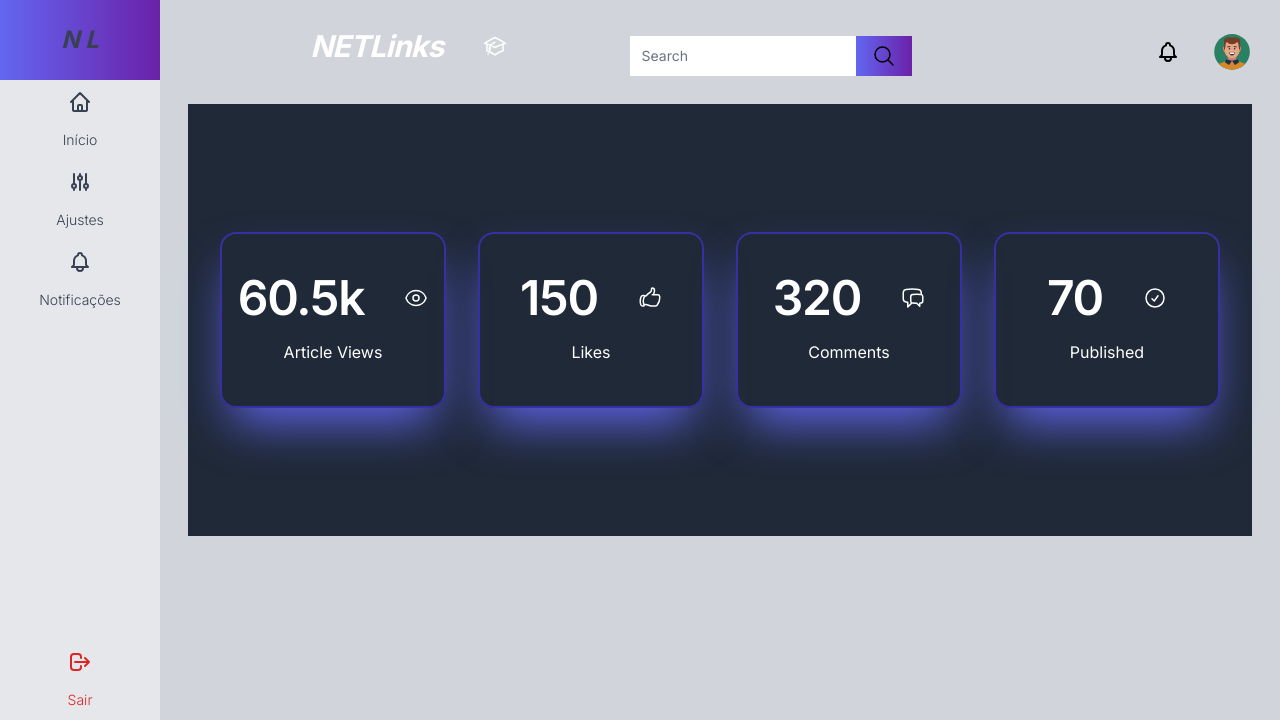
Repository: KennedyWanderson/AdminDashboard
Page: / (app in Code/admindashboard/)
An editor plug-in stored every save of this project. The page is shown before and after a run of saves, followed by the edit.
The browser window is 1280 px wide. The pictures show the whole page.
The project was rebuilt for these pictures with package versions that can differ from the ones it lists, and the page was loaded fresh each time. The framework's server and built-in components were replaced by stand-ins that run in the browser. Also part of the build but not shown: Code/admindashboard/next.config.mjs.

Above is the page before, as saved 2024-06-26 20:04:04.

### Code/admindashboard/src/app/layout.js
import { Inter } from "next/font/google";
import "./globals.css";

const inter = Inter({ subsets: ["latin"] });

export const metadata = {
  title: "Admin Dashboard",
  description: "Generated by Kennedy Wanderson",
};

export default function RootLayout({ children }) {
  return (
    <html lang="en">
      <body className={inter.className}>{children}</body>
    </html>
  );
}

### Code/admindashboard/src/app/page.js
import Layout from "@/components/Layout";

export default function Home() {
  return (
    <Layout>
      Content
    </Layout>
  )
}

### Code/admindashboard/src/components/Layout.jsx
"use client";

import { useState } from "react";
import Content from "./Content";
import Header from "./Header";
import LateralMenu from "./LateralMenu";
import HomePage from "./Home";


export default function Layout() {
    const [activeComponent, setActiveComponent] = useState("HomePage");

    const renderActiveComponent = () => {
        switch (activeComponent) {
            case "HomePage":
                return <HomePage />;
            default:
                return <HomePage />;
        }
    };

    return (
        <div className={`flex h-screen w-screen`}>
            <LateralMenu setActiveComponent={setActiveComponent} />
            <div className={`
                flex flex-col w-full p-7
                bg-gray-300 dark:bg-gray-800
            `}>
                <Header />
                <Content>
                    {renderActiveComponent()}
                </Content>
            </div>
        </div>
    );
}

### Code/admindashboard/src/components/Content.jsx
export default function Content({ children }) {
    return (
        <div className={`
            flex flex-col mt-7
            dark:text-gray-200
        `}>
            {children}
        </div>
    );
}

### Code/admindashboard/src/components/Header.jsx
import AvatarUsuario from "./UserAvatar";
import { IconeAcademic, IconeSearch, IconeSino } from "./icons";

export default function Header({ titulo, subtitulo }) {


    return (
        <div className={`flex`}>
            <div>
                <h1 className={`
                font-black text-3xl
                text-gray-900 dark:text-gray-100
            `}>
                    {titulo}
                </h1>
                <h2 className={`
                font-light text-sm
                dark:text-gray-300
            `}>
                    {subtitulo}
                </h2>
            </div>
            <header className="flex flex-grow justify-center text-white">
                <nav className=" justify-center" aria-label="Global">
                    <div className="hidden lg:flex lg:gap-x-12">
                        <a href="#" className="order-first text-xl font-bold flex items-center gap-10 italic tracking-tight text-white sm:text-3xl">NETLinks {IconeAcademic}</a>
                    </div>
                </nav>
            </header>

                <div className="relative mt-2 ">
                    <div className=" absolute inset-y-0 left-0 flex items-center pl-3">
                        <span className="text-gray-500 sm:text-sm">Search </span>
                    </div>
                    <input
                        type="text"
                        name="search"
                        id="search"
                        className="w-full rounded-none py-2 px-6"
                    >

                    </input>
                    <div className="absolute inset-y-0 px-4 right-0 flex items-center bg-gradient-to-r from-indigo-500 to-purple-800 cursor-pointer">
                        {IconeSearch}
                    </div>
                </div>


            <div className={`flex flex-grow justify-end items-center gap-8`}>

                {IconeSino}
                <AvatarUsuario />
            </div>
        </div>
    )
}

### Code/admindashboard/src/components/LateralMenu.jsx
"use client";

import MenuItem from "./ItemMenu";
import { IconeAjustes, IconeCasa, IconeSair, IconeSino } from "./icons";

export default function LateralMenu({ setActiveComponent }) {
    return (
        <aside className={`
            flex flex-col items-center
            bg-gray-200 text-gray-700
            dark:bg-gray-900
        `}>
            <div className={`
                flex flex-col items-center justify-center font-bold italic text-2xl
                bg-gradient-to-r from-indigo-500 to-purple-800
                h-20 w-40
            `}>
                N L
            </div>
            <ul className="flex-grow">
                <MenuItem
                    texto="Início"
                    icone={IconeCasa}
                    onClick={() => setActiveComponent('HomePage')}
                />
                <MenuItem
                    texto="Ajustes"
                    icone={IconeAjustes}
                    onClick={() => setActiveComponent('Ajustes')}
                />
                <MenuItem
                    texto="Notificações"
                    icone={IconeSino}
                    onClick={() => setActiveComponent('Notificacoes')}
                />
            </ul>
            <ul>
                <MenuItem
                    texto="Sair"
                    icone={IconeSair}
                    className={`
                        text-red-600 dark:text-red-400
                        hover:bg-red-400 hover:text-white
                        dark:hover:text-white
                    `}
                />
            </ul>
        </aside>
    );
}

### Code/admindashboard/src/components/Home.jsx
import { IconeCheck, IconeComment, IconeEye, IconeLike } from "./icons";

export default function HomePage() {
    return (
        <div className="py-24 sm:py-32 bg-gray-800">
            <div className="mx-auto max-w-full px-6 lg:px-8">
                <dl className="grid grid-cols-1 gap-x-8 gap-y-16 text-center lg:grid-cols-4">
                    <div className="mx-auto flex items-center max-w-xs flex-col w-full border-2 rounded-2xl shadow-2xl shadow-indigo-500 p-10 border-indigo-800 gap-y-4">
                        <dt className="text-base leading-7 text-white">Article Views</dt>
                        <dd className="order-first flex items-center gap-10 text-3xl font-semibold tracking-tight text-white sm:text-5xl">60.5k {IconeEye}</dd>
                    </div>
                    <div className="mx-auto flex items-center max-w-xs flex-col w-full border-2 rounded-2xl shadow-2xl shadow-indigo-500 p-10 border-indigo-800 gap-y-4">
                        <dt className="text-base leading-7 text-white">Likes</dt>
                        <dd className="order-first text-3xl flex items-center gap-10 font-semibold tracking-tight text-white sm:text-5xl">150 {IconeLike}</dd>
                    </div>
                    <div className="mx-auto flex items-center max-w-xs flex-col w-full border-2 rounded-2xl shadow-2xl shadow-indigo-500 p-10 border-indigo-800 gap-y-4">
                        <dt className="text-base leading-7 text-white">Comments</dt>
                        <dd className="order-first text-3xl flex items-center gap-10 font-semibold tracking-tight text-white sm:text-5xl">320 {IconeComment}</dd>
                    </div>
                    <div className="mx-auto flex items-center max-w-xs flex-col w-full border-2 rounded-2xl shadow-2xl shadow-indigo-500 p-10 border-indigo-800 gap-y-4">
                        <dt className="text-base leading-7 text-white">Published</dt>
                        <dd className="order-first text-3xl flex items-center gap-10 font-semibold tracking-tight text-white sm:text-5xl">70 {IconeCheck}</dd>
                    </div>
                </dl>

                {/* <table className="table-auto w-full mt-8 text-white">
                    <thead>
                        <tr className="">
                            <th className="px-4 py-2 border">Song</th>
                            <th className="px-4 py-2 border">Artist</th>
                            <th className="px-4 py-2 border">Year</th>
                        </tr>
                    </thead>
                    <tbody>
                        <tr className="">
                            <td className="px-4 py-2 border">The Sliding Mr. Bones (Next Stop, Pottersville)</td>
                            <td className="px-4 py-2 border">Malcolm Lockyer</td>
                            <td className="px-4 py-2 border">1961</td>
                        </tr>
                        <tr className="">
                            <td className="px-4 py-2 border">Witchy Woman</td>
                            <td className="px-4 py-2 border">The Eagles</td>
                            <td className="px-4 py-2 border">1972</td>
                        </tr>
                        <tr className="">
                            <td className="px-4 py-2 border">Shining Star</td>
                            <td className="px-4 py-2 border">Earth, Wind, and Fire</td>
                            <td className="px-4 py-2 border">1975</td>
                        </tr>
                        <tr className="">
                            <td className="px-4 py-2 border">The Sliding Mr. Bones (Next Stop, Pottersville)</td>
                            <td className="px-4 py-2 border">Malcolm Lockyer</td>
                            <td className="px-4 py-2 border">1961</td>
                        </tr>
                        <tr className="">
                            <td className="px-4 py-2 border">Witchy Woman</td>
                            <td className="px-4 py-2 border">The Eagles</td>
                            <td className="px-4 py-2 border">1972</td>
                        </tr>
                        <tr className="">
                            <td className="px-4 py-2 border">Shining Star</td>
                            <td className="px-4 py-2 border">Earth, Wind, and Fire</td>
                            <td className="px-4 py-2 border">1975</td>
                        </tr>
                        <tr className="">
                            <td className="px-4 py-2 border">The Sliding Mr. Bones (Next Stop, Pottersville)</td>
                            <td className="px-4 py-2 border">Malcolm Lockyer</td>
                            <td className="px-4 py-2 border">1961</td>
                        </tr>
                        <tr className="">
                            <td className="px-4 py-2 border">Witchy Woman</td>
                            <td className="px-4 py-2 border">The Eagles</td>
                            <td className="px-4 py-2 border">1972</td>
                        </tr>
                        <tr className="">
                            <td className="px-4 py-2 border">Shining Star</td>
                            <td className="px-4 py-2 border">Earth, Wind, and Fire</td>
                            <td className="px-4 py-2 border">1975</td>
                        </tr>
                        <tr className="">
                            <td className="px-4 py-2 border">The Sliding Mr. Bones (Next Stop, Pottersville)</td>
                            <td className="px-4 py-2 border">Malcolm Lockyer</td>
                            <td className="px-4 py-2 border">1961</td>
                        </tr>
                        <tr className="">
                            <td className="px-4 py-2 border">Witchy Woman</td>
                            <td className="px-4 py-2 border">The Eagles</td>
                            <td className="px-4 py-2 border">1972</td>
                        </tr>
                        <tr className="">
                            <td className="px-4 py-2 border">Shining Star</td>
                            <td className="px-4 py-2 border">Earth, Wind, and Fire</td>
                            <td className="px-4 py-2 border">1975</td>
                        </tr>
                        <tr className="">
                            <td className="px-4 py-2 border">The Sliding Mr. Bones (Next Stop, Pottersville)</td>
                            <td className="px-4 py-2 border">Malcolm Lockyer</td>
                            <td className="px-4 py-2 border">1961</td>
                        </tr>
                        <tr className="">
                            <td className="px-4 py-2 border">Witchy Woman</td>
                            <td className="px-4 py-2 border">The Eagles</td>
                            <td className="px-4 py-2 border">1972</td>
                        </tr>
                        <tr className="">
                            <td className="px-4 py-2 border">Shining Star</td>
                            <td className="px-4 py-2 border">Earth, Wind, and Fire</td>
                            <td className="px-4 py-2 border">1975</td>
                        </tr>

                    </tbody>
                </table> */}
            </div>
        </div>
    )
}

### Code/admindashboard/src/components/UserAvatar.jsx


export default function AvatarUsuario({className}) {
    return (
            <img
                src={'/images/avatar.svg'}
                alt="Avatar do Usuário"
                className={`
                    h-10 w-10 rounded-full cursor-pointer
                    ${className}
                `}
            />

    )
}

### Code/admindashboard/src/components/icons/index.jsx
// Pra mais icones acessar... https://heroicons.com/

export const IconeSearch = (
    <svg xmlns="http://www.w3.org/2000/svg" fill="none" viewBox="0 0 24 24" strokeWidth={1.5} stroke="currentColor" className="size-6">
        <path strokeLinecap="round" strokeLinejoin="round" d="m21 21-5.197-5.197m0 0A7.5 7.5 0 1 0 5.196 5.196a7.5 7.5 0 0 0 10.607 10.607Z" />
    </svg>
)

export const IconeAcademic = (
    <svg xmlns="http://www.w3.org/2000/svg" fill="none" viewBox="0 0 24 24" strokeWidth={1.5} stroke="currentColor" className="size-6">
        <path strokeLinecap="round" strokeLinejoin="round" d="M4.26 10.147a60.438 60.438 0 0 0-.491 6.347A48.62 48.62 0 0 1 12 20.904a48.62 48.62 0 0 1 8.232-4.41 60.46 60.46 0 0 0-.491-6.347m-15.482 0a50.636 50.636 0 0 0-2.658-.813A59.906 59.906 0 0 1 12 3.493a59.903 59.903 0 0 1 10.399 5.84c-.896.248-1.783.52-2.658.814m-15.482 0A50.717 50.717 0 0 1 12 13.489a50.702 50.702 0 0 1 7.74-3.342M6.75 15a.75.75 0 1 0 0-1.5.75.75 0 0 0 0 1.5Zm0 0v-3.675A55.378 55.378 0 0 1 12 8.443m-7.007 11.55A5.981 5.981 0 0 0 6.75 15.75v-1.5" />
    </svg>

)

export const IconeComment = (
    <svg xmlns="http://www.w3.org/2000/svg" fill="none" viewBox="0 0 24 24" strokeWidth={1.5} stroke="currentColor" className="size-6">
        <path strokeLinecap="round" strokeLinejoin="round" d="M20.25 8.511c.884.284 1.5 1.128 1.5 2.097v4.286c0 1.136-.847 2.1-1.98 2.193-.34.027-.68.052-1.02.072v3.091l-3-3c-1.354 0-2.694-.055-4.02-.163a2.115 2.115 0 0 1-.825-.242m9.345-8.334a2.126 2.126 0 0 0-.476-.095 48.64 48.64 0 0 0-8.048 0c-1.131.094-1.976 1.057-1.976 2.192v4.286c0 .837.46 1.58 1.155 1.951m9.345-8.334V6.637c0-1.621-1.152-3.026-2.76-3.235A48.455 48.455 0 0 0 11.25 3c-2.115 0-4.198.137-6.24.402-1.608.209-2.76 1.614-2.76 3.235v6.226c0 1.621 1.152 3.026 2.76 3.235.577.075 1.157.14 1.74.194V21l4.155-4.155" />
    </svg>

)

export const IconeCheck = (
    <svg xmlns="http://www.w3.org/2000/svg" fill="none" viewBox="0 0 24 24" strokeWidth={1.5} stroke="currentColor" className="size-6">
        <path strokeLinecap="round" strokeLinejoin="round" d="M9 12.75 11.25 15 15 9.75M21 12a9 9 0 1 1-18 0 9 9 0 0 1 18 0Z" />
    </svg>


)

export const IconeLike = (
    <svg xmlns="http://www.w3.org/2000/svg" fill="none" viewBox="0 0 24 24" strokeWidth={1.5} stroke="currentColor" className="size-6">
        <path strokeLinecap="round" strokeLinejoin="round" d="M6.633 10.25c.806 0 1.533-.446 2.031-1.08a9.041 9.041 0 0 1 2.861-2.4c.723-.384 1.35-.956 1.653-1.715a4.498 4.498 0 0 0 .322-1.672V2.75a.75.75 0 0 1 .75-.75 2.25 2.25 0 0 1 2.25 2.25c0 1.152-.26 2.243-.723 3.218-.266.558.107 1.282.725 1.282m0 0h3.126c1.026 0 1.945.694 2.054 1.715.045.422.068.85.068 1.285a11.95 11.95 0 0 1-2.649 7.521c-.388.482-.987.729-1.605.729H13.48c-.483 0-.964-.078-1.423-.23l-3.114-1.04a4.501 4.501 0 0 0-1.423-.23H5.904m10.598-9.75H14.25M5.904 18.5c.083.205.173.405.27.602.197.4-.078.898-.523.898h-.908c-.889 0-1.713-.518-1.972-1.368a12 12 0 0 1-.521-3.507c0-1.553.295-3.036.831-4.398C3.387 9.953 4.167 9.5 5 9.5h1.053c.472 0 .745.556.5.96a8.958 8.958 0 0 0-1.302 4.665c0 1.194.232 2.333.654 3.375Z" />
    </svg>

)

export const IconeEye = (
    <svg xmlns="http://www.w3.org/2000/svg" fill="none" viewBox="0 0 24 24" strokeWidth={1.5} stroke="currentColor" className="size-6">
        <path strokeLinecap="round" strokeLinejoin="round" d="M2.036 12.322a1.012 1.012 0 0 1 0-.639C3.423 7.51 7.36 4.5 12 4.5c4.638 0 8.573 3.007 9.963 7.178.07.207.07.431 0 .639C20.577 16.49 16.64 19.5 12 19.5c-4.638 0-8.573-3.007-9.963-7.178Z" />
        <path strokeLinecap="round" strokeLinejoin="round" d="M15 12a3 3 0 1 1-6 0 3 3 0 0 1 6 0Z" />
    </svg>
)

export const IconeCasa = (
    <svg xmlns="http://www.w3.org/2000/svg" className="h-6 w-6" fill="none" viewBox="0 0 24 24" stroke="currentColor">
        <path strokeLinecap="round" strokeLinejoin="round" strokeWidth={2} d="M3 12l2-2m0 0l7-7 7 7M5 10v10a1 1 0 001 1h3m10-11l2 2m-2-2v10a1 1 0 01-1 1h-3m-6 0a1 1 0 001-1v-4a1 1 0 011-1h2a1 1 0 011 1v4a1 1 0 001 1m-6 0h6" />
    </svg>
)

export const IconeAjustes = (
    <svg xmlns="http://www.w3.org/2000/svg" className="h-6 w-6" fill="none" viewBox="0 0 24 24" stroke="currentColor">
        <path strokeLinecap="round" strokeLinejoin="round" strokeWidth={2} d="M12 6V4m0 2a2 2 0 100 4m0-4a2 2 0 110 4m-6 8a2 2 0 100-4m0 4a2 2 0 110-4m0 4v2m0-6V4m6 6v10m6-2a2 2 0 100-4m0 4a2 2 0 110-4m0 4v2m0-6V4" />
    </svg>
)

export const IconeSino = (
    <svg xmlns="http://www.w3.org/2000/svg" className="h-6 w-6" fill="none" viewBox="0 0 24 24" stroke="currentColor">
        <path strokeLinecap="round" strokeLinejoin="round" strokeWidth={2} d="M15 17h5l-1.405-1.405A2.032 2.032 0 0118 14.158V11a6.002 6.002 0 00-4-5.659V5a2 2 0 10-4 0v.341C7.67 6.165 6 8.388 6 11v3.159c0 .538-.214 1.055-.595 1.436L4 17h5m6 0v1a3 3 0 11-6 0v-1m6 0H9" />
    </svg>
)

export const IconeSair = (
    <svg xmlns="http://www.w3.org/2000/svg" className="h-6 w-6" fill="none" viewBox="0 0 24 24" stroke="currentColor">
        <path strokeLinecap="round" strokeLinejoin="round" strokeWidth={2} d="M17 16l4-4m0 0l-4-4m4 4H7m6 4v1a3 3 0 01-3 3H6a3 3 0 01-3-3V7a3 3 0 013-3h4a3 3 0 013 3v1" />
    </svg>
)

export const IconeSol = (tamanho = 6) => (
    <svg xmlns="http://www.w3.org/2000/svg" className={`h-${tamanho} w-${tamanho}`} fill="none" viewBox="0 0 24 24" stroke="currentColor">
        <path strokeLinecap="round" strokeLinejoin="round" strokeWidth={2} d="M12 3v1m0 16v1m9-9h-1M4 12H3m15.364 6.364l-.707-.707M6.343 6.343l-.707-.707m12.728 0l-.707.707M6.343 17.657l-.707.707M16 12a4 4 0 11-8 0 4 4 0 018 0z" />
    </svg>
)

export const IconeLua = (tamanho = 6) => (
    <svg xmlns="http://www.w3.org/2000/svg" className={`h-${tamanho} w-${tamanho}`} fill="none" viewBox="0 0 24 24" stroke="currentColor">
        <path strokeLinecap="round" strokeLinejoin="round" strokeWidth={2} d="M20.354 15.354A9 9 0 018.646 3.646 9.003 9.003 0 0012 21a9.003 9.003 0 008.354-5.646z" />
    </svg>
)

export const IconeAtencao = (tamanho = 1) => (
    <svg xmlns="http://www.w3.org/2000/svg" className={`h-${tamanho} w-${tamanho}`} fill="none" viewBox="0 0 24 24" stroke="currentColor">
        <path strokeLinecap="round" strokeLinejoin="round" strokeWidth={2} d="M12 9v2m0 4h.01m-6.938 4h13.856c1.54 0 2.502-1.667 1.732-3L13.732 4c-.77-1.333-2.694-1.333-3.464 0L3.34 16c-.77 1.333.192 3 1.732 3z" />
    </svg>
)

### Code/admindashboard/src/components/ItemMenu.jsx

export default function MenuItem({ texto, icone, url, className, onClick }) {
    function renderizarLink() {
        return (
            <div className={`
                flex flex-col justify-center items-center
                h-20 w-auto gap-4
                dark:text-gray-200
                ${className}
            `}>
                {icone}
                <span className="text-sm font-light">
                    {texto}
                </span>
            </div>
        );
    }

    return (
        <li
            onClick={onClick}
            className={`
                hover:bg-gray-100 dark:hover:bg-gray-800
                cursor-pointer
            `}
        >
            {url ? (
                <a href={url}>
                    {renderizarLink()}
                </a>
            ) : (
                renderizarLink()
            )}
        </li>
    );
}

Loaded but not shown: Code/admindashboard/src/app/globals.css (common file); Code/admindashboard/tailwind.config.js (common file)

After the next 2 saves:
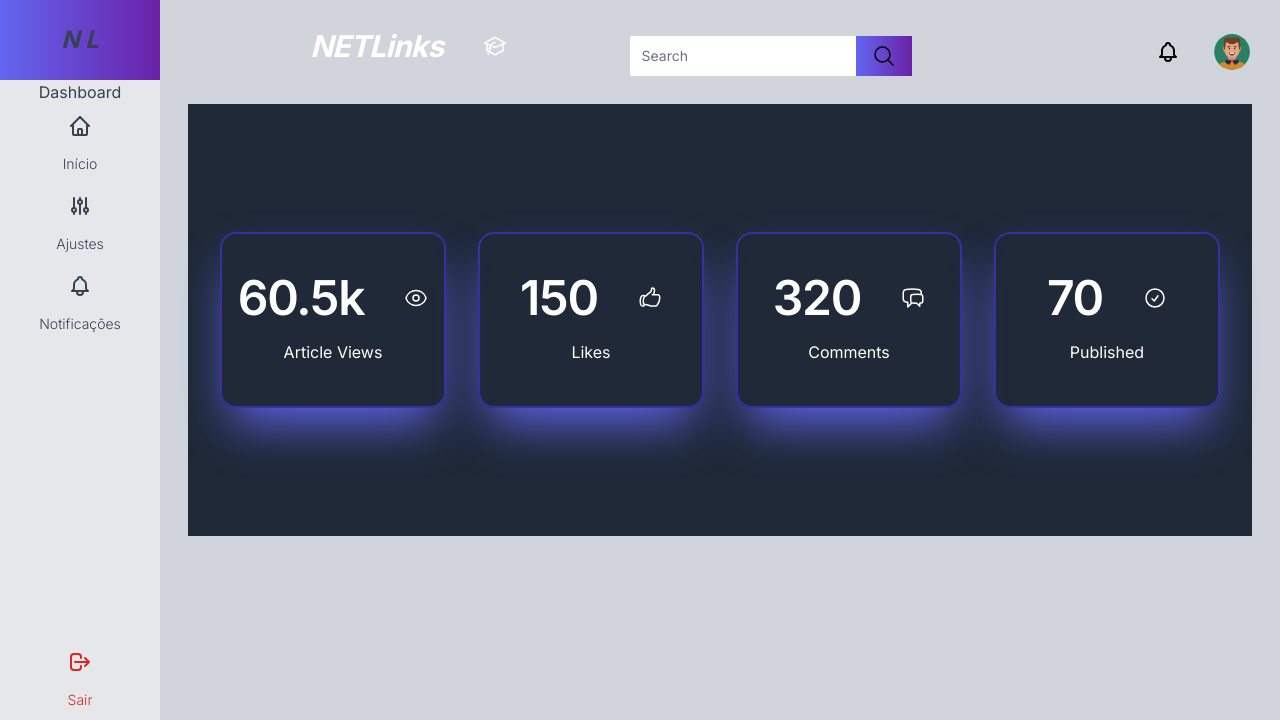
The 2 saves are shown as one change because they came seconds apart.
The last was saved 39 s later.
--- a/Code/admindashboard/src/components/LateralMenu.jsx
+++ b/Code/admindashboard/src/components/LateralMenu.jsx
@@ -18,6 +18,7 @@ export default function LateralMenu({ setActiveComponent }) {
                 N L
             </div>
             <ul className="flex-grow">
+                <h4>Dashboard</h4>
                 <MenuItem
                     texto="Início"
                     icone={IconeCasa}
